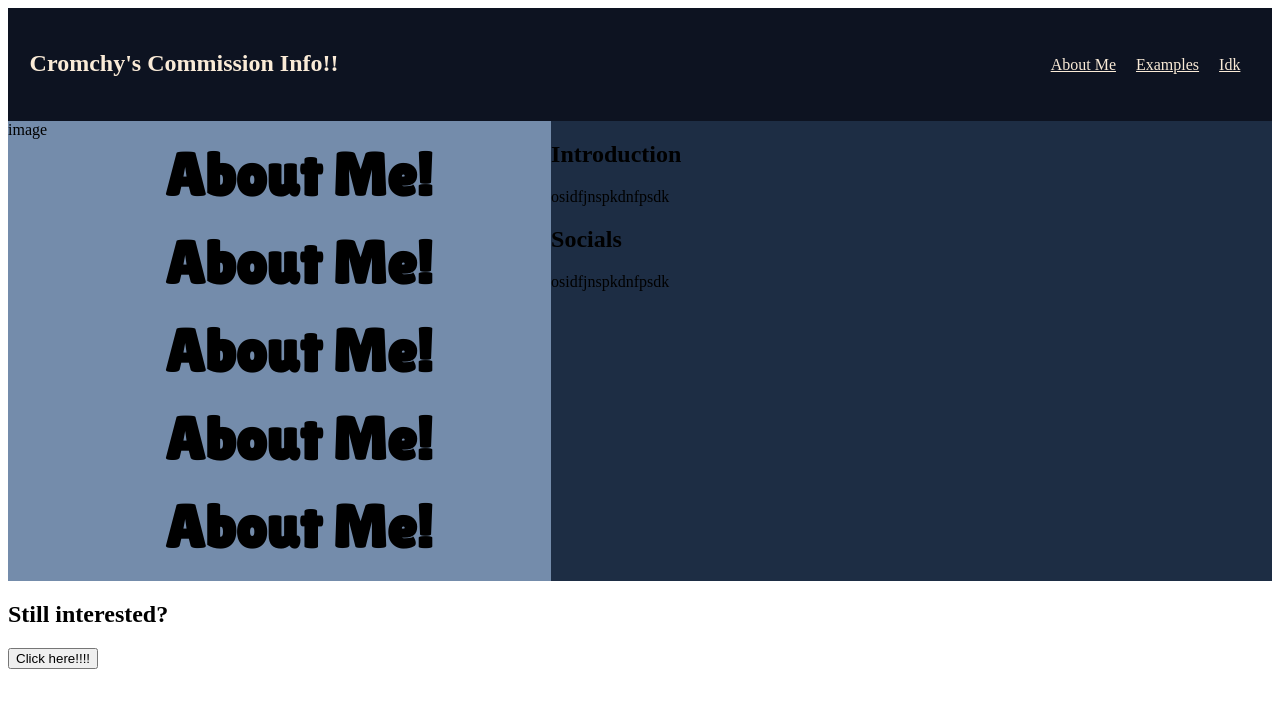
Repository: crackaLack1n/Cromchys_Commission_Site
Page: /
An editor plug-in stored every save of this project. The page is shown before and after a run of saves, followed by the edit.
The browser window is 1280 px wide. The pictures show the whole page.
The project was rebuilt for these pictures with package versions that can differ from the ones it lists, and the page was loaded fresh each time. The framework's server and built-in components were replaced by stand-ins that run in the browser. Also part of the build but not shown: next.config.mjs.

Above is the page before, as saved 2024-06-11 14:46:56.

After the next 6 saves:
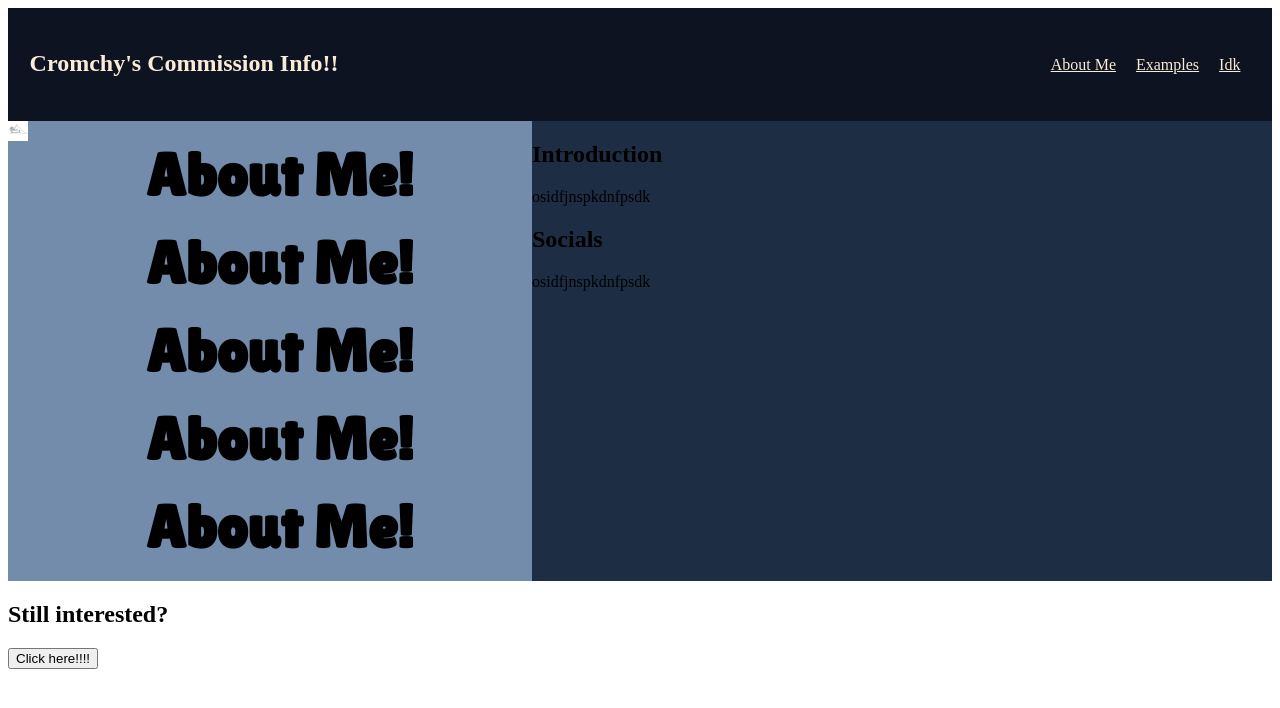
The 6 saves are shown as one change because 5 did not build or start.
The last was saved 5 min 50 s later.
--- a/pages/index.js
+++ b/pages/index.js
@@ -4,6 +4,7 @@ import Image from "next/image";
 import styles from "@/styles/Home.module.css";
 import Footer from "@/Components/Footer";
 import { Lilita_One } from "next/font/google";
+
 
 const lilita_One = Lilita_One({ weight: '400', subsets: ["latin"] });
 
@@ -13,7 +14,7 @@ export default function Home() {
   return (
     <>
       <Head>
-        <title>Create Next App</title>
+        <title>Cromchy's Commission</title>
         <meta name="description" content="Generated by create next app" />
         <meta name="viewport" content="width=device-width, initial-scale=1" />
         <link rel="icon" href="/favicon.ico" />
@@ -21,7 +22,10 @@ export default function Home() {
 
       <Header />
       <main className={`${styles.main}`}>
-      <div className={styles.image}>image</div>
+        <div className={styles.image}>
+          <Image src={'/images/banner2.png'} height={20} width={20}>
+          </Image>
+        </div>
         <div className={styles.mainContainer}>
           <div className={styles.containerLeft}>
             <div className={`${styles.contentLeft} ${lilita_One.className}`}>
@@ -42,7 +46,7 @@ export default function Home() {
           </div>
         </div>
       </main>
-      <Footer/>
+      <Footer />
     </>
   );
 }
